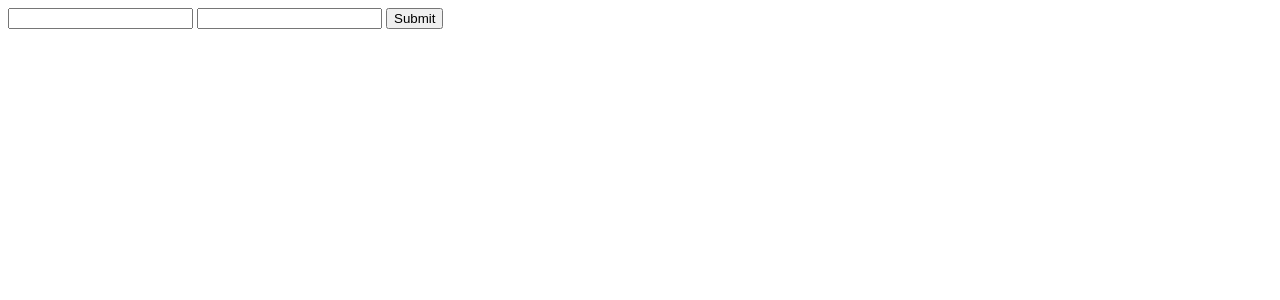
Repository: GourabIX/Java_FSD
Page: http://localhost/LoginWebApp/login.jsp
The author's editor kept a copy of each file at every save. The page is drawn from the files as they stood at one save, then again after the next save.
The browser window is 1280 px wide. The pictures show the whole page.
The page is served by Tomcat 9.

Above is the page before, as saved 2019-10-11 10:33:12.

After the next save:
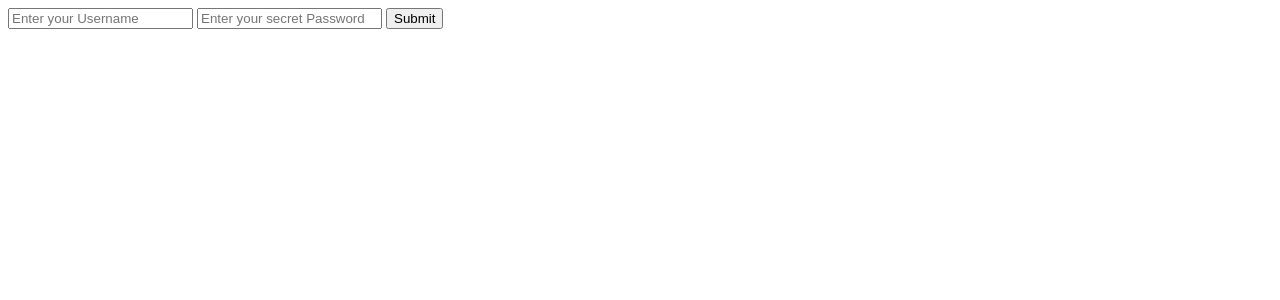
Saved 5 min 49 s later.
--- a/Assignment/spring/LoginWebApp/src/main/webapp/login.jsp
+++ b/Assignment/spring/LoginWebApp/src/main/webapp/login.jsp
@@ -9,8 +9,8 @@
 <body>
 
 <form action="">
-	<input type="text" name="username">
-	<input type="text" name="password">
+	<input type="text" name="username" placeholder="Enter your Username">
+	<input type="text" name="password" placeholder="Enter your secret Password">
 	<input type="submit" name="submit">
 </form>
 
